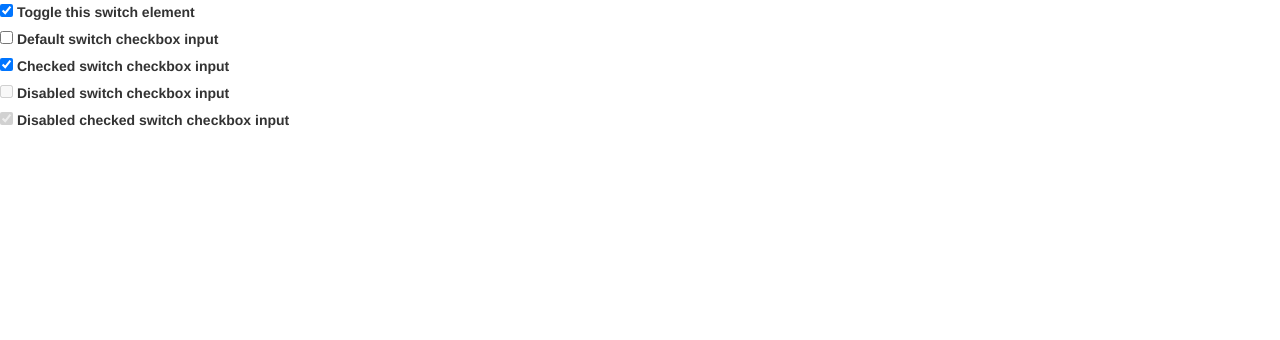
Repository: poornasyamasundar/Software-Project-Manager
Page: Resources/toggle_switch.html
The author's editor kept a copy of each file at every save. The page is drawn from the files as they stood at one save, then again after the next save.
The browser window is 1280 px wide. The pictures show the whole page.

Above is the page before, as saved 2021-10-17 20:48:43.

### Resources/toggle_switch.html
<!DOCTYPE html>
<html lang="en">
<head>
  <title>checkbox</title>
  <meta charset="utf-8">
  <meta name="viewport" content="width=device-width, initial-scale=1">
  <link rel="stylesheet" href="https://maxcdn.bootstrapcdn.com/bootstrap/3.4.1/css/bootstrap.min.css">
  <script src="https://ajax.googleapis.com/ajax/libs/jquery/3.5.1/jquery.min.js"></script>
  <script src="https://maxcdn.bootstrapcdn.com/bootstrap/3.4.1/js/bootstrap.min.js"></script>
</head>
<body>
    <div class="custom-control custom-switch">
        <input type="checkbox" class="custom-control-input" id="customSwitch1" checked>
        <label class="custom-control-label" for="customSwitch1">Toggle this switch element</label>
      </div>



      <!-- Default switch -->
<div class="form-check form-switch">
    <input class="form-check-input" type="checkbox" id="flexSwitchCheckDefault" />
    <label class="form-check-label" for="flexSwitchCheckDefault"
      >Default switch checkbox input</label
    >
  </div>

  <!-- Checked switch -->
  <div class="form-check form-switch">
    <input class="form-check-input" type="checkbox" id="flexSwitchCheckChecked" checked />
    <label class="form-check-label" for="flexSwitchCheckChecked"
      >Checked switch checkbox input</label
    >
  </div>

  <!-- Default disabled switch -->
  <div class="form-check form-switch">
    <input class="form-check-input" type="checkbox" id="flexSwitchCheckDisabled" disabled />
    <label class="form-check-label" for="flexSwitchCheckDisabled"
      >Disabled switch checkbox input</label
    >
  </div>

  <!-- Checked disabled switch -->
  <div class="form-check form-switch">
    <input
      class="form-check-input"
      type="checkbox"
      id="flexSwitchCheckCheckedDisabled"
      checked
      disabled
    />
    <label class="form-check-label" for="flexSwitchCheckCheckedDisabled"
      >Disabled checked switch checkbox input</label
    >
  </div>
</body>
</html>

<!-- <!DOCTYPE html>
<html>
<head>
<meta name="viewport" content="width=device-width, initial-scale=1">
<style>
.switch {
  position: relative;
  display: inline-block;
  width: 50px;
  height: 24px;
}

.switch input {
  opacity: 0;
  width: 0;
  height: 0;
}

.slider {
  position: absolute;
  cursor: pointer;
  top: 0;
  left: 0;
  right: 0;
  bottom: 0;
  background-color: #ccc;
  -webkit-transition: .4s;
  transition: .4s;
}

.slider:before {
  position: absolute;
  content: "";
  height: 16px;
  width: 16px;
  left: 4px;
  bottom: 4px;
  background-color: white;
  -webkit-transition: .4s;
  transition: .4s;
}

input:checked + .slider {
  background-color: #2196F3;
}

input:focus + .slider {
  box-shadow: 0 0 1px #2196F3;
}

input:checked + .slider:before {
  -webkit-transform: translateX(26px);
  -ms-transform: translateX(26px);
  transform: translateX(26px);
}

/* Rounded sliders */
.slider.round {
  border-radius: 34px;
}

.slider.round:before {
  border-radius: 50%;
}
</style>
</head>
<body>

<h2>Toggle Switch</h2>



<label class="switch">
  <input type="checkbox">
  <span class="slider round"></span>
</label><br/>
<br/>

<label class="switch">
  <input type="checkbox" checked>
  <span class="slider round"></span>
</label><br/>
<br/>

<label class="switch">
    <input type="checkbox">
    <span class="slider round"></span>
  </label><br/>
  <br/>

  <label class="switch">
    <input type="checkbox" checked>
    <span class="slider round"></span>
  </label><br/>
  <br/>

  <label class="switch">
    <input type="checkbox">
    <span class="slider round"></span>
  </label><br/>
  <br/>

  <label class="switch">
    <input type="checkbox" checked>
    <span class="slider round"></span>
  </label><br/>
  <br/>

</body>
</html>  -->

After the next save:
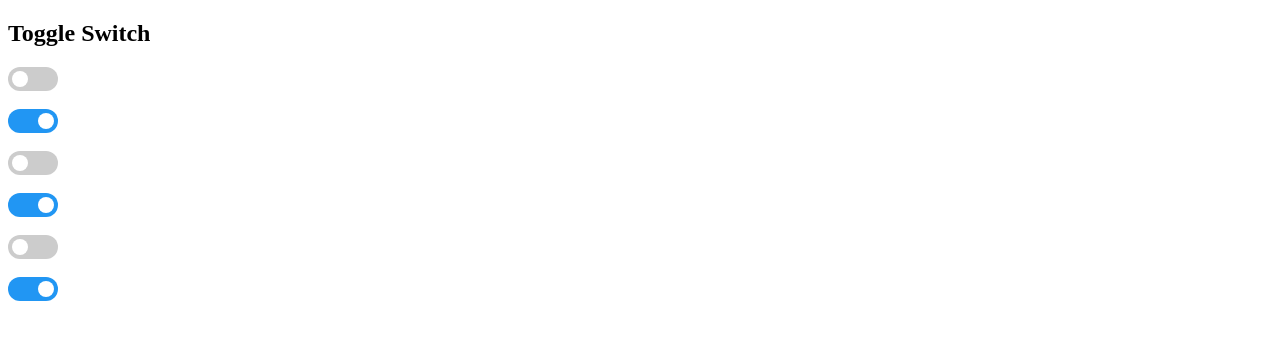
Saved 101 s later.
--- a/Resources/toggle_switch.html
+++ b/Resources/toggle_switch.html
@@ -1,62 +1,5 @@
+
 <!DOCTYPE html>
-<html lang="en">
-<head>
-  <title>checkbox</title>
-  <meta charset="utf-8">
-  <meta name="viewport" content="width=device-width, initial-scale=1">
-  <link rel="stylesheet" href="https://maxcdn.bootstrapcdn.com/bootstrap/3.4.1/css/bootstrap.min.css">
-  <script src="https://ajax.googleapis.com/ajax/libs/jquery/3.5.1/jquery.min.js"></script>
-  <script src="https://maxcdn.bootstrapcdn.com/bootstrap/3.4.1/js/bootstrap.min.js"></script>
-</head>
-<body>
-    <div class="custom-control custom-switch">
-        <input type="checkbox" class="custom-control-input" id="customSwitch1" checked>
-        <label class="custom-control-label" for="customSwitch1">Toggle this switch element</label>
-      </div>
-
-
-
-      <!-- Default switch -->
-<div class="form-check form-switch">
-    <input class="form-check-input" type="checkbox" id="flexSwitchCheckDefault" />
-    <label class="form-check-label" for="flexSwitchCheckDefault"
-      >Default switch checkbox input</label
-    >
-  </div>
-
-  <!-- Checked switch -->
-  <div class="form-check form-switch">
-    <input class="form-check-input" type="checkbox" id="flexSwitchCheckChecked" checked />
-    <label class="form-check-label" for="flexSwitchCheckChecked"
-      >Checked switch checkbox input</label
-    >
-  </div>
-
-  <!-- Default disabled switch -->
-  <div class="form-check form-switch">
-    <input class="form-check-input" type="checkbox" id="flexSwitchCheckDisabled" disabled />
-    <label class="form-check-label" for="flexSwitchCheckDisabled"
-      >Disabled switch checkbox input</label
-    >
-  </div>
-
-  <!-- Checked disabled switch -->
-  <div class="form-check form-switch">
-    <input
-      class="form-check-input"
-      type="checkbox"
-      id="flexSwitchCheckCheckedDisabled"
-      checked
-      disabled
-    />
-    <label class="form-check-label" for="flexSwitchCheckCheckedDisabled"
-      >Disabled checked switch checkbox input</label
-    >
-  </div>
-</body>
-</html>
-
-<!-- <!DOCTYPE html>
 <html>
 <head>
 <meta name="viewport" content="width=device-width, initial-scale=1">
@@ -165,4 +108,4 @@ input:checked + .slider:before {
   <br/>
 
 </body>
-</html>  -->
+</html>
